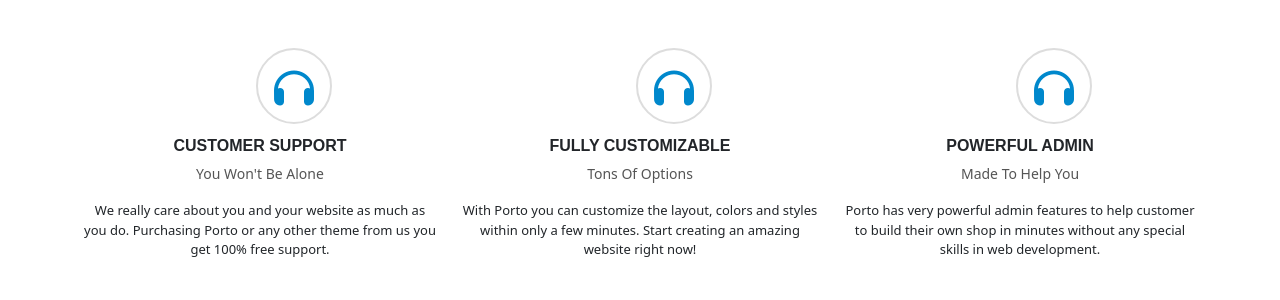
Repository: NguyenDo13/BE2-NhomH
Page: module-9/index/index.html
These files come from the project's save history. The page is drawn as it stood at one moment and after the next save; the edit follows.
The browser window is 1280 px wide. The pictures show the whole page.

Above is the page before, as saved 2022-05-15 11:58:04.

### module-9/index/index.html
<!DOCTYPE html>
<html lang="en">

<head>
    <meta charset="UTF-8" />
    <meta http-equiv="X-UA-Compatible" content="IE=edge" />
    <meta name="viewport" content="width=device-width, initial-scale=1.0" />
    <link rel="stylesheet" href="public/css/style.css" />
    <link rel="stylesheet" href="public/css/bootstrap.min.css" />
    <link rel="stylesheet" href="https://cdnjs.cloudflare.com/ajax/libs/font-awesome/6.0.0/css/all.min.css" />
    <title>Document</title>
</head>

<body>
    <div class="pt-5 pb-4">
        <!-- chia hàng -->
        <div class="container">
            <div class="row">
                <!-- chia cột -->
                <div class="vc_column_container col-md-4">
                    <div class="portoContainer vc_column-inner">
                        <div class="portoTop px-4 style_1 top-icon">
                            <div class="porto-siscon-top">
                                <div class="portoTopicon" style="text-align: center;">
                                    <div class="porto-icon advanced">
                                        <i class="fa-solid fa-headphones"></i>
                                    </div>
                                </div>
                            </div>
                        </div>
                        <div class="portoheader">
                            <h3 class="porto-sicon-title" style="font-weight: 700; font-size: 16px;">CUSTOMER SUPPORT</h3>
                            <p style="font-weight: 500; font-size: 14px; line-height: 22px; color: #555555;">You Won't Be Alone</p>
                        </div>
                        <div class="portodescription" style="font-size: 13px">
                            We really care about you and your website as much as you do. Purchasing Porto or any other theme from us you get 100% free support.
                        </div>
                    </div>
                </div>
                <div class="vc_column_container col-md-4">
                    <div class="portoContainer vc_column-inner">
                        <div class="portoTop px-4 style_1 top-icon">
                            <div class="porto-siscon-top">
                                <div class="portoTopicon" style="text-align: center;">
                                    <div class="porto-icon advanced">
                                        <i class="fa-solid fa-headphones"></i>
                                    </div>
                                </div>
                            </div>
                        </div>
                        <div class="portoheader">
                            <h3 class="porto-sicon-title" style="font-weight: 700; font-size: 16px;">FULLY CUSTOMIZABLE</h3>
                            <p style="font-weight: 500; font-size: 14px; line-height: 22px; color: #555555;">Tons Of Options</p>
                        </div>
                        <div class="portodescription" style="font-size: 13px">
                            With Porto you can customize the layout, colors and styles within only a few minutes. Start creating an amazing website right now!
                        </div>
                    </div>
                </div>
                <div class="vc_column_container col-md-4">
                    <div class="portoContainer vc_column-inner">
                        <div class="portoTop px-4 style_1 top-icon">
                            <div class="porto-siscon-top">
                                <div class="portoTopicon" style="text-align: center;">
                                    <div class="porto-icon advanced">
                                        <i class="fa-solid fa-headphones"></i>
                                    </div>
                                </div>
                            </div>
                        </div>
                        <div class="portoheader">
                            <h3 class="porto-sicon-title" style="font-weight: 700; font-size: 16px;">POWERFUL ADMIN</h3>
                            <p style="font-weight: 500; font-size: 14px; line-height: 22px; color: #555555;">Made To Help You</p>
                        </div>
                        <div class="portodescription" style="font-size: 13px">
                            Porto has very powerful admin features to help customer to build their own shop in minutes without any special skills in web development. </div>
                    </div>
                </div>
            </div>
        </div>
    </div>
</body>

</html>

### module-9/index/public/css/style.css
body {
    font-size: 13px;
    line-height: 22px;
    font-family: 'Open Sans', sans-serif;
    background: #fff;
}

.portoTotal {}

.container {}

.row {
    display: flex;
    flex-wrap: wrap;
}

.vc_column_container {}

.portoContainer {}

.portotop {}

.portoTopicon {
    padding-left: 150px;
    margin-bottom: 12px;
}

.porto-icon {
    color: #0088cc;
    background: transparent;
    border-style: solid;
    border-color: #dddddd;
    border-width: 2px;
    width: 76px;
    height: 76px;
    line-height: 76px;
    border-radius: 40px;
    font-size: 40px;
}

.portoheader {
    text-align: center;
}

.portodescription {
    text-align: center;
}

.porto-siscon-top {
    text-align: center;
}

h3 {
    font-family: Poppins, sans-serif;
    font-weight: 700;
    font-size: 14px;
    line-height: 32px;
    color: #222529;
    margin: 0 0 20px 0;
}

Loaded but not shown: module-9/index/public/css/bootstrap.min.css (library)

After the next save:
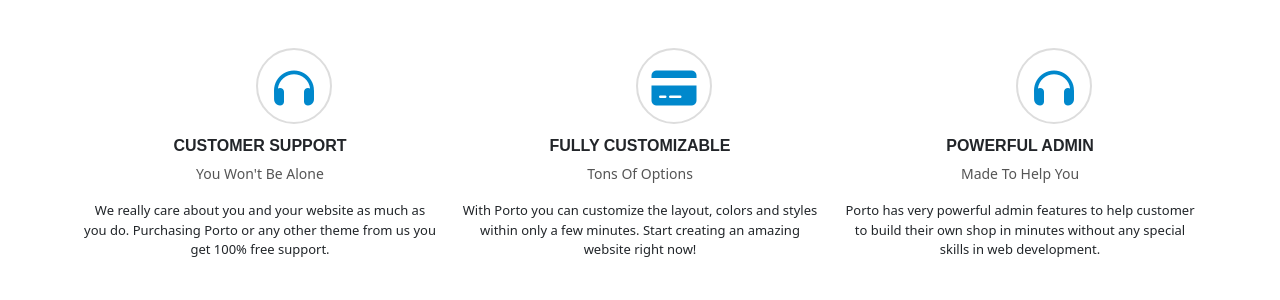
Saved 55 s later.
--- a/module-9/index/index.html
+++ b/module-9/index/index.html
@@ -43,7 +43,7 @@
                             <div class="porto-siscon-top">
                                 <div class="portoTopicon" style="text-align: center;">
                                     <div class="porto-icon advanced">
-                                        <i class="fa-solid fa-headphones"></i>
+                                        <i class="fa-solid fa-credit-card"></i>
                                     </div>
                                 </div>
                             </div>
